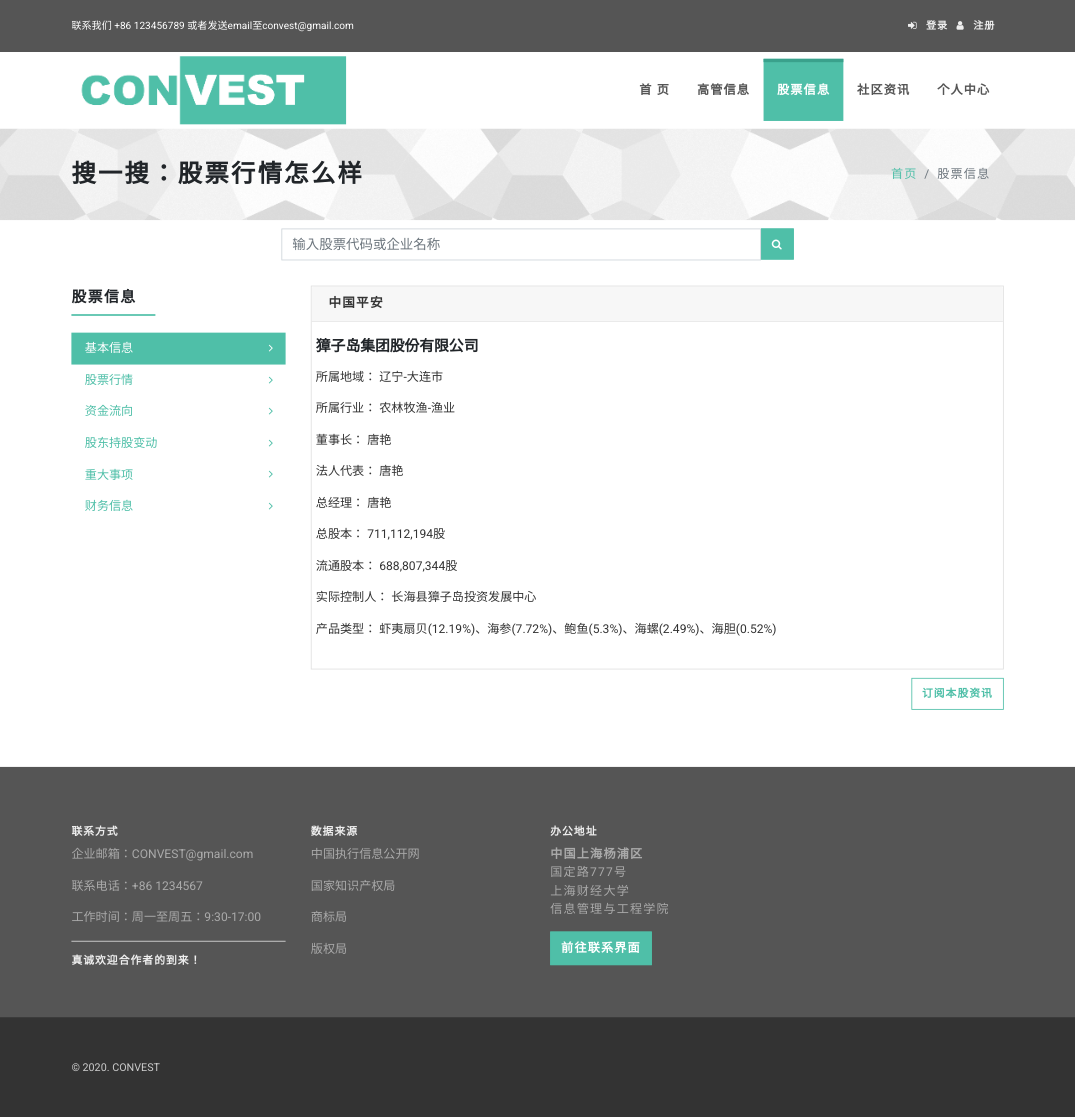
Repository: SUFELYZ/CONVEST
Page: http://localhost/CONVEST/股票信息.jsp
An editor plug-in stored every save of this project. The page is shown before and after the next save, followed by the edit.
The browser window is 1280 px wide. The pictures show the whole page, at 84% of full size.
The page is served by Tomcat 9. Other server files are loaded and not shown.

Above is the page before, as saved 2020-12-28 12:15:54.

### CONVEST 1.0/CONVEST/WebContent/股票信息.jsp
<%@ page language="java" contentType="text/html; charset=UTF-8" pageEncoding="UTF-8"%>
<!DOCTYPE html>
<html>
<head>
<meta charset="utf-8">
    <meta http-equiv="X-UA-Compatible" content="IE=edge">
    <title>CONVEST</title>
    <meta name="description" content="">
    <meta name="viewport" content="width=device-width, initial-scale=1">
    <meta name="robots" content="all,follow">
    <!-- Bootstrap CSS-->
    <link rel="stylesheet" href="vendor/bootstrap/css/bootstrap.min.css">
    <!-- Font Awesome CSS-->
    <link rel="stylesheet" href="vendor/font-awesome/css/font-awesome.min.css">
    <!-- Google fonts - Roboto-->
    <link rel="stylesheet" href="https://fonts.googleapis.com/css?family=Roboto:300,400,700">
    <!-- Bootstrap Select-->
    <link rel="stylesheet" href="vendor/bootstrap-select/css/bootstrap-select.min.css">
    <!-- owl carousel-->
    <link rel="stylesheet" href="vendor/owl.carousel/assets/owl.carousel.css">
    <link rel="stylesheet" href="vendor/owl.carousel/assets/owl.theme.default.css">
    <!-- theme stylesheet-->
    <link rel="stylesheet" href="css/style.default.css" id="theme-stylesheet">
    <!-- Custom stylesheet - for your changes-->
    <link rel="stylesheet" href="css/custom.css">


    <!-- Favicon and apple touch icons-->
    <link rel="shortcut icon" href="img/favicon.ico" type="image/x-icon">
    <link rel="apple-touch-icon" href="img/apple-touch-icon.png">
    <link rel="apple-touch-icon" sizes="57x57" href="img/apple-touch-icon-57x57.png">
    <link rel="apple-touch-icon" sizes="72x72" href="img/apple-touch-icon-72x72.png">
    <link rel="apple-touch-icon" sizes="76x76" href="img/apple-touch-icon-76x76.png">
    <link rel="apple-touch-icon" sizes="114x114" href="img/apple-touch-icon-114x114.png">
    <link rel="apple-touch-icon" sizes="120x120" href="img/apple-touch-icon-120x120.png">
    <link rel="apple-touch-icon" sizes="144x144" href="img/apple-touch-icon-144x144.png">
    <link rel="apple-touch-icon" sizes="152x152" href="img/apple-touch-icon-152x152.png">
    <!-- Tweaks for older IEs--><!--[if lt IE 9]>
        <script src="https://oss.maxcdn.com/html5shiv/3.7.3/html5shiv.min.js"></script>
        <script src="https://oss.maxcdn.com/respond/1.4.2/respond.min.js"></script><![endif]-->
  </head>
 <body>
    <div id="all">
      <!-- Top bar-->
      <div class="top-bar">
        <div class="container">
          <div class="row d-flex align-items-center">
            <div class="col-md-6 d-md-block d-none">
              <p>联系我们 +86 123456789 或者发送email至convest@gmail.com</p>
            </div>
            <div class="col-md-6">
              <div class="d-flex justify-content-md-end justify-content-between">
                <ul class="list-inline contact-info d-block d-md-none">
                  <li class="list-inline-item"><a href="#"><i class="fa fa-phone"></i></a></li>
                  <li class="list-inline-item"><a href="#"><i class="fa fa-envelope"></i></a></li>
                </ul>
                <div class="login"><a href="#" data-toggle="modal" data-target="#login-modal" class="login-btn"><i class="fa fa-sign-in"></i><span class="d-none d-md-inline-block">登录</span></a><a href="customer-register.jsp" class="signup-btn"><i class="fa fa-user"></i><span class="d-none d-md-inline-block">注册</span></a></div>

              </div>
            </div>
          </div>
        </div>
      </div>
      <!-- Top bar end-->
      <!-- Login Modal-->
      <div id="login-modal" tabindex="-1" role="dialog" aria-labelledby="login-modalLabel" aria-hidden="true" class="modal fade">
        <div role="document" class="modal-dialog">
          <div class="modal-content">
            <div class="modal-header">
              <h4 id="login-modalLabel" class="modal-title">用户登录</h4>
              <button type="button" data-dismiss="modal" aria-label="Close" class="close"><span aria-hidden="true">×</span></button>
            </div>
            <div class="modal-body">
              <form action="个人中心.jsp" method="get">
                <div class="form-group">
                  <input id="email_modal" type="text" placeholder="email" class="form-control">
                </div>
                <div class="form-group">
                  <input id="password_modal" type="password" placeholder="密码" class="form-control">
                </div>
                <p class="text-center">
                  <button class="btn btn-template-outlined"><i class="fa fa-sign-in"></i> 登录</button>
                </p>
              </form>
              <p class="text-center text-muted">还没注册？</p>
              <p class="text-center text-muted"><a href="customer-register.jsp"><strong>即刻注册</strong></a>! 只需一分钟，体验更多功能！</p>
            </div>
          </div>
        </div>
      </div>
      <!-- Login modal end-->
      <!-- Navbar Start-->
      <header class="nav-holder make-sticky">
        <div id="navbar" role="navigation" class="navbar navbar-expand-lg">
          <div class="container"><a href="首页.jsp" class="navbar-brand home"><img src="img/logo.png" alt="Universal logo" class="d-none d-md-inline-block"><img src="img/logo-small.png" alt="Universal logo" class="d-inline-block d-md-none"><span class="sr-only">CONVSET - go to homepage</span></a>
            <button type="button" data-toggle="collapse" data-target="#navigation" class="navbar-toggler btn-template-outlined"><span class="sr-only">Toggle navigation</span><i class="fa fa-align-justify"></i></button>
            <div id="navigation" class="navbar-collapse collapse">
              <ul class="nav navbar-nav ml-auto">
                <li class="nav-item dropdown menu-large"><a href="首页.jsp" >首 页 <b class="caret"></b></a>

                </li>
                <li class="nav-item dropdown menu-large"><a href="高管信息.jsp">高管信息 <b class="caret"></b></a>

                </li>
                <li class="nav-item dropdown active"><a href="股票信息.jsp" >股票信息<b class="caret"></b></a>

                </li>
                <li class="nav-item dropdown menu-large"><a href="社区资讯.jsp" >社区资讯 <b class="caret"></b></a>

                </li>

                <li class="nav-item dropdown menu-large"><a href="个人中心.jsp" >个人中心 <b class="caret"></b></a>

                </li>                <!-- ========== Contact dropdown end ==================-->
              </ul>
            </div>
            <div id="search" class="collapse clearfix">
              <form role="search" class="navbar-form">
                <div class="input-group">
                  <input type="text" placeholder="Search" class="form-control"><span class="input-group-btn">
                    <button type="submit" class="btn btn-template-main"><i class="fa fa-search"></i></button></span>
                </div>
              </form>
            </div>
          </div>
        </div>
      </header>
      <!-- Navbar End-->

      <div id="heading-breadcrumbs">
        <div class="container">
          <div class="row d-flex align-items-center flex-wrap">
            <div class="col-md-7">
              <h1 class="h2">搜一搜：股票行情怎么样</h1>
            </div>
            <div class="col-md-5">
              <ul class="breadcrumb d-flex justify-content-end">
                <li class="breadcrumb-item"><a href="首页.jsp">首页</a></li>
                <li class="breadcrumb-item active">股票信息</li>
              </ul>
            </div>
          </div>
        </div>
      </div>

       <div class="col-md-6" >

                  <form role="search" >
                    <div class="input-group" >
                      <input type="text" placeholder="输入股票代码或企业名称" class="form-control"><span class="input-group-btn">
                        <button type="submit" class="btn btn-template-main"><i class="fa fa-search"></i></button></span>
                    </div>
                  </form>
                </div>

      <section class="bar">
        <div class="container">
          <div class="row">

            <div class="col-lg-3">
              <!-- MENUS AND WIDGETS -->
              <div class="panel panel-default sidebar-menu with-icons">
                <div class="panel-heading">
                  <h3 class="h4 panel-title">股票信息</h3>
                </div>
                <div class="panel-body">
                  <ul class="nav nav-pills flex-column text-sm">
                    <li class="nav-item"><a href="股票信息.jsp" class="nav-link active">基本信息</a></li>
                    <li class="nav-item"><a href="template-alerts.jsp" class="nav-link">股票行情</a></li>
                    <li class="nav-item"><a href="template-buttons.jsp" class="nav-link">资金流向</a></li>
                    <li class="nav-item"><a href="template-content-boxes.jsp" class="nav-link">股东持股变动</a></li>
                    <li class="nav-item"><a href="template-blocks.jsp" class="nav-link">重大事项</a></li>
                    <li class="nav-item"><a href="template-pagination.jsp" class="nav-link">财务信息</a></li>

                  </ul>
                </div>
              </div>
            </div>

            <div class="col-lg-9">
              <div id="accordion" role="tablist" class="mb-5">
                <div class="card">
                  <div id="headingOne" role="tab" class="card-header">
                    <h5 class="mb-0"><a data-toggle="collapse" href="#collapseOne" aria-expanded="true" aria-controls="collapseOne">中国平安</a></h5>
                  </div>
                  <div id="collapseOne" role="tabpanel" aria-labelledby="headingOne" data-parent="#accordion" class="collapse show">
                    <div class="card-body">
                      <div class="row">
                        <div class="stock_basic_info">

        <div class="stock_company_info clearfix">
            <h4 >獐子岛集团股份有限公司</h4>
            <p class="s_info_p">所属地域：
                辽宁-大连市            </p>
            <p class="s_info_p">所属行业：
                农林牧渔-渔业            </p>

            <p class="s_info_p">董事长：
                唐艳            </p>
            <p class="s_info_p">法人代表：
                唐艳            </p>
            <p class="s_info_p">总经理：
                唐艳            </p>
                        <p class="s_info_p">总股本：
                711,112,194股</p>
                        <p class="s_info_p">流通股本：
                688,807,344股</p>
              <p class="s_info_p">实际控制人：
                长海县獐子岛投资发展中心            </p>
                          <p>产品类型：
                虾夷扇贝(12.19%)、海参(7.72%)、鲍鱼(5.3%)、海螺(2.49%)、海胆(0.52%)            </p>
                        </div>

</div>
                      </div>
                    </div>
                  </div>
                </div>
                <p class="read-more text-right"><a href="blog-post.jsp" class="btn btn-template-outlined">订阅本股资讯</a></p>



              </div>


          </div>
        </div>
      </section>

      <!-- FOOTER -->
     <footer class="main-footer">
        <div class="container">
          <div class="row">
            <div class="col-lg-3">
              <h4 class="h6">联系方式</h4>
              <p>企业邮箱：<a href="mailto:CONVEST@gmail.com" rel="nofollow">CONVEST@gmail.com</a></p>
              <p>联系电话：+86 1234567</p>
              <p>工作时间：周一至周五：9:30-17:00</p>
              <hr>
              <h4 class="h6">真诚欢迎合作者的到来！</h4>

              <hr class="d-block d-lg-none">
            </div>
            <div class="col-lg-3">
              <h4 class="h6">数据来源</h4>
              <p><a href="http://zxgk.court.gov.cn/" target="_blank" rel="nofollow">中国执行信息公开网</a></p>
              <p><a href="http://www.sipo.gov.cn/" target="_blank" rel="nofollow">国家知识产权局</a></p>
              <p><a href="http://sbj.cnipa.gov.cn/" target="_blank" rel="nofollow">商标局</a></p>
              <p><a href="http://www.ncac.gov.cn/" target="_blank" rel="nofollow">版权局</a></p>

            </div>

            <div class="col-lg-3">
              <h4 class="h6">办公地址</h4>
              <p class="text-uppercase"><strong>中国上海杨浦区</strong><br>国定路777号 <br>上海财经大学<br>信息管理与工程学院<br><strong></strong></p><a href="contact.jsp" class="btn btn-template-main">前往联系界面</a>
              <hr class="d-block d-lg-none">
            </div>

          </div>
        </div>
        <div class="copyrights">
          <div class="container">
            <div class="row">
              <div class="col-lg-4 text-center-md">
                <p>&copy; 2020. CONVEST</p>
              </div>

            </div>
          </div>
        </div>
      </footer>
    </div>
    <!-- Javascript files-->
    <script src="vendor/jquery/jquery.min.js"></script>
    <script src="vendor/popper.js/umd/popper.min.js"> </script>
    <script src="vendor/bootstrap/js/bootstrap.min.js"></script>
    <script src="vendor/jquery.cookie/jquery.cookie.js"> </script>
    <script src="vendor/waypoints/lib/jquery.waypoints.min.js"> </script>
    <script src="vendor/jquery.counterup/jquery.counterup.min.js"> </script>
    <script src="vendor/owl.carousel/owl.carousel.min.js"></script>
    <script src="vendor/owl.carousel2.thumbs/owl.carousel2.thumbs.min.js"></script>
    <script src="js/jquery.parallax-1.1.3.js"></script>
    <script src="vendor/bootstrap-select/js/bootstrap-select.min.js"></script>
    <script src="vendor/jquery.scrollto/jquery.scrollTo.min.js"></script>
    <script src="js/front.js"></script>
  </body>
</html>

Loaded but not shown: CONVEST 1.0/CONVEST/WebContent/css/custom.css (common file); CONVEST 1.0/CONVEST/WebContent/js/jquery.parallax-1.1.3.js (common file); CONVEST 1.0/CONVEST/WebContent/js/front.js (295 lines, source omitted); CONVEST 1.0/CONVEST/WebContent/css/style.default.css (3694 lines, source omitted)

After the next save:
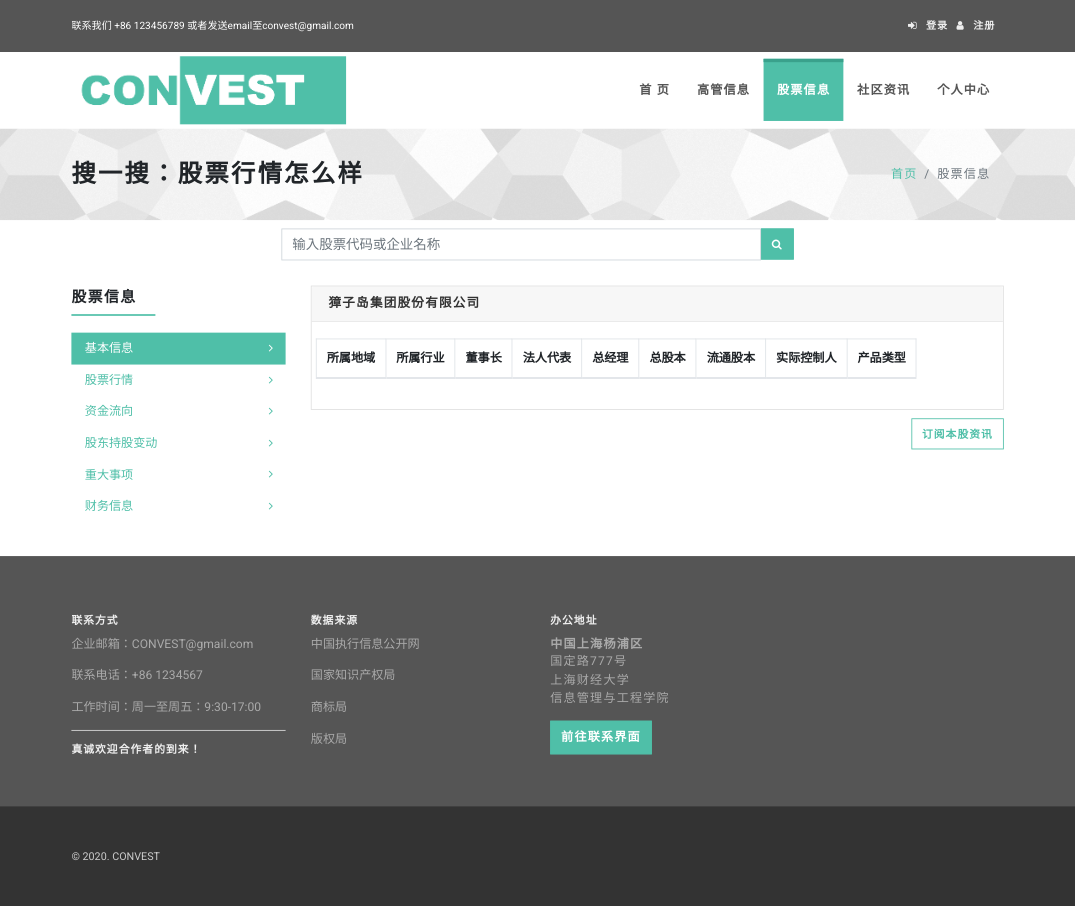
Saved 7 min 22 s later.
--- a/CONVEST 1.0/CONVEST/WebContent/股票信息.jsp
+++ b/CONVEST 1.0/CONVEST/WebContent/股票信息.jsp
@@ -181,35 +181,44 @@
               <div id="accordion" role="tablist" class="mb-5">
                 <div class="card">
                   <div id="headingOne" role="tab" class="card-header">
-                    <h5 class="mb-0"><a data-toggle="collapse" href="#collapseOne" aria-expanded="true" aria-controls="collapseOne">中国平安</a></h5>
+                    <h5 class="mb-0"><a data-toggle="collapse" href="#collapseOne" aria-expanded="true" aria-controls="collapseOne">獐子岛集团股份有限公司</a></h5>
                   </div>
                   <div id="collapseOne" role="tabpanel" aria-labelledby="headingOne" data-parent="#accordion" class="collapse show">
                     <div class="card-body">
                       <div class="row">
                         <div class="stock_basic_info">
 
-        <div class="stock_company_info clearfix">
-            <h4 >獐子岛集团股份有限公司</h4>
-            <p class="s_info_p">所属地域：
-                辽宁-大连市            </p>
-            <p class="s_info_p">所属行业：
-                农林牧渔-渔业            </p>
-
-            <p class="s_info_p">董事长：
-                唐艳            </p>
-            <p class="s_info_p">法人代表：
-                唐艳            </p>
-            <p class="s_info_p">总经理：
-                唐艳            </p>
-                        <p class="s_info_p">总股本：
-                711,112,194股</p>
-                        <p class="s_info_p">流通股本：
-                688,807,344股</p>
-              <p class="s_info_p">实际控制人：
-                长海县獐子岛投资发展中心            </p>
-                          <p>产品类型：
-                虾夷扇贝(12.19%)、海参(7.72%)、鲍鱼(5.3%)、海螺(2.49%)、海胆(0.52%)            </p>
-                        </div>
+         <table class="table table-hover table-bordered" id="sampleTable">
+                                   <thead>
+                                     <tr>
+
+                                       <th>所属地域</th>
+                                       <th>所属行业</th>
+                                       <th>董事长</th>
+                                       <th>法人代表</th>
+                                       <th>总经理</th>
+                                       <th>总股本</th>
+                                       <th>流通股本</th>
+                                       <th>实际控制人</th>
+                                       <th>产品类型</th>
+
+                                     </tr>
+                                   </thead>
+
+	  <tbody id="stock_info-body">
+	 </tbody>
+	 <script type="text/html" id="map-script">
+{{each data value i}}
+<tr class="table-data-line">
+<td> {{value.name}}</td>
+<td> {{value.loc}}</td>
+<td> {{value.tel}}</td>
+<td> {{value.time}}</td>
+</tr>
+{{/each}}
+	 </script>
+	 </table>
+
 
 </div>
                       </div>
